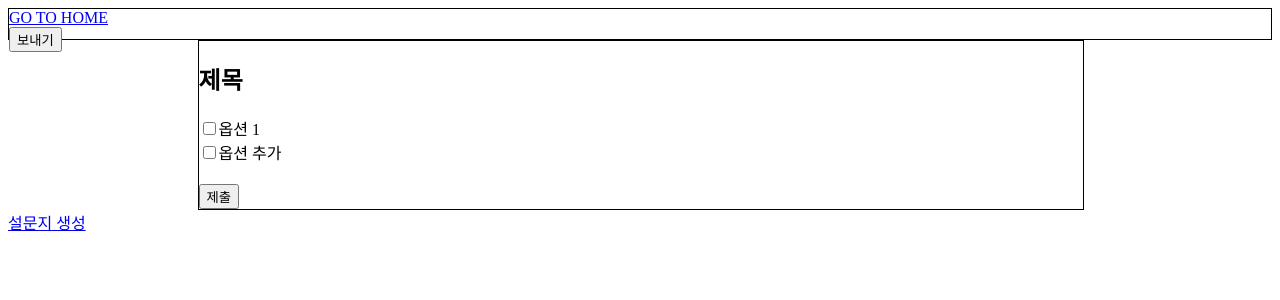
Repository: binigy97/VoteStie
Page: voteWeb/src/main/webapp/vote.html
These files come from the project's save history. The page is drawn as it stood at one moment and after the next save; the edit follows.
The browser window is 1280 px wide. The pictures show the whole page.

Above is the page before, as saved 2022-03-03 11:50:35.

After the next save:
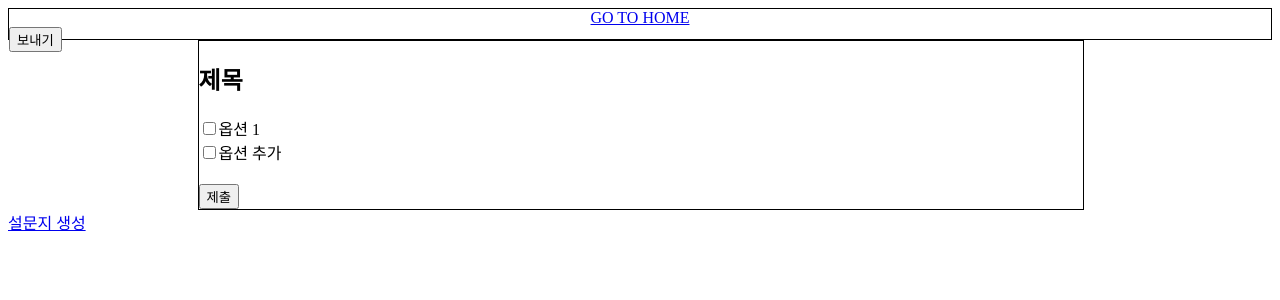
Saved 11 s later.
--- a/voteWeb/src/main/webapp/vote.html
+++ b/voteWeb/src/main/webapp/vote.html
@@ -8,6 +8,9 @@
 header {
 	height: 30px;
 	border: 1px solid black;
+}
+header > nav {
+	text-align: center;
 }
 
 section {
